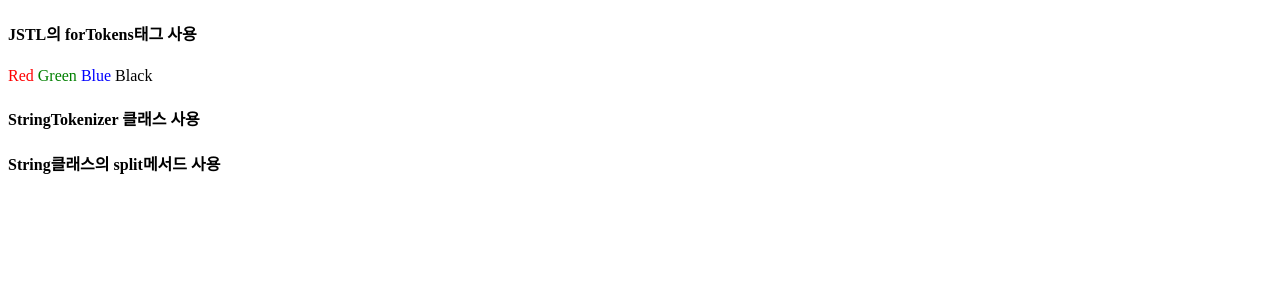
Repository: ssing365/JSPStudy
Page: http://localhost/JSPServlet/11JSTL/core/ForTokens.jsp
These files come from the project's save history. The page is drawn as it stood at one moment and after the next save; the edit follows.
The browser window is 1280 px wide. The pictures show the whole page.
The page is served by Tomcat 10.

Above is the page before, as saved 2024-11-07 01:47:35.

After the next save:
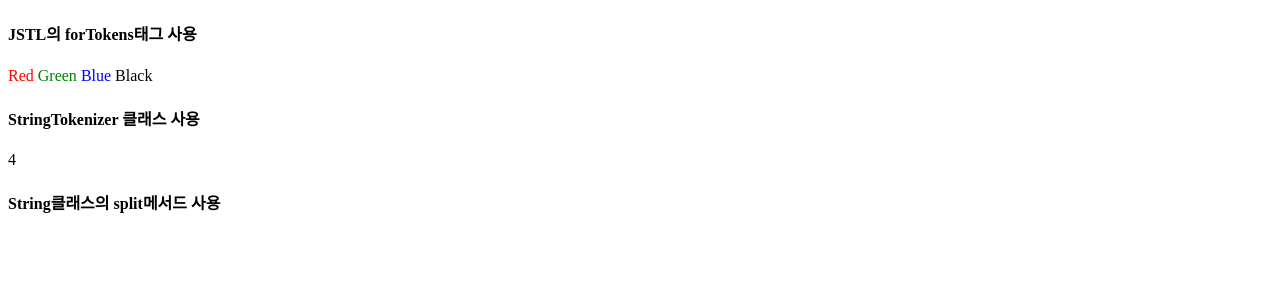
Saved 59 s later.
--- a/JSPServlet/src/main/webapp/11JSTL/core/ForTokens.jsp
+++ b/JSPServlet/src/main/webapp/11JSTL/core/ForTokens.jsp
@@ -28,6 +28,10 @@
 	<h4>StringTokenizer 클래스 사용</h4>
 	<%
 	StringTokenizer tokens = new StringTokenizer(rgba, ",");
+	out.print(tokens.countTokens());
+	while(tokens.hasMoreTokens()){
+		tokens.nextToken();
+	}
 	%>
 	<h4>String클래스의 split메서드 사용</h4>
 </body>
